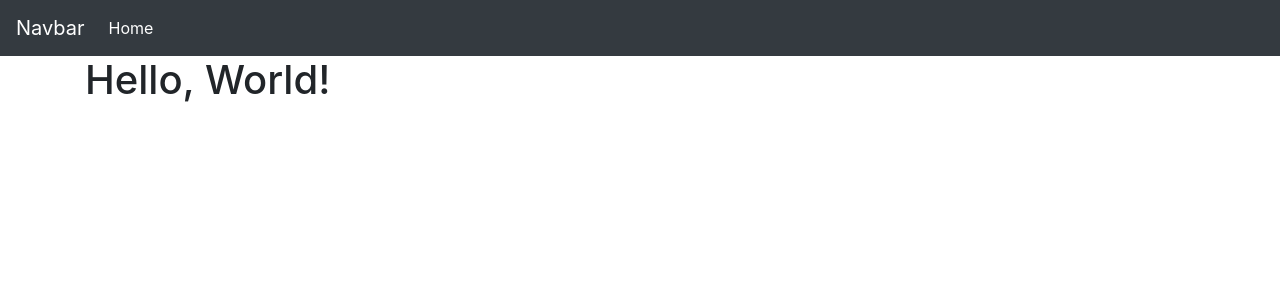
Repository: deividwsantoss/WEBD6201-W2021-Week1-lab1
Page: index.html
The author's editor kept a copy of each file at every save. The page is drawn from the files as they stood at one save, then again after the next save.
The browser window is 1280 px wide. The pictures show the whole page.

Above is the page before, as saved 2021-02-01 20:19:18.

After the next save:
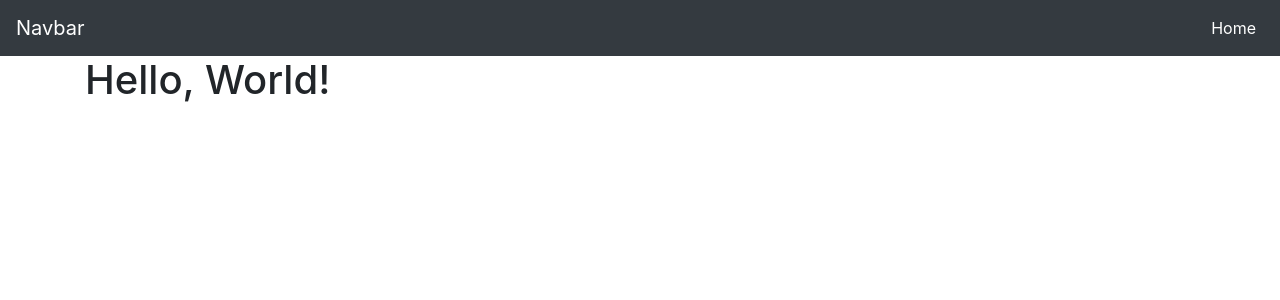
Saved 2 min 54 s later.
--- a/index.html
+++ b/index.html
@@ -15,9 +15,8 @@
         <button class="navbar-toggler" type="button" data-toggle="collapse" data-target="#navbarSupportedContent" aria-controls="navbarSupportedContent" aria-expanded="false" aria-label="Toggle navigation">
           <span class="navbar-toggler-icon"></span>
         </button>
-
         <div class="collapse navbar-collapse" id="navbarSupportedContent">
-          <ul class="navbar-nav mr-auto">
+          <ul class="navbar-nav ml-auto">
             <li class="nav-item active">
               <a class="nav-link" href="#">Home <span class="sr-only">(current)</span></a>
             </li>
